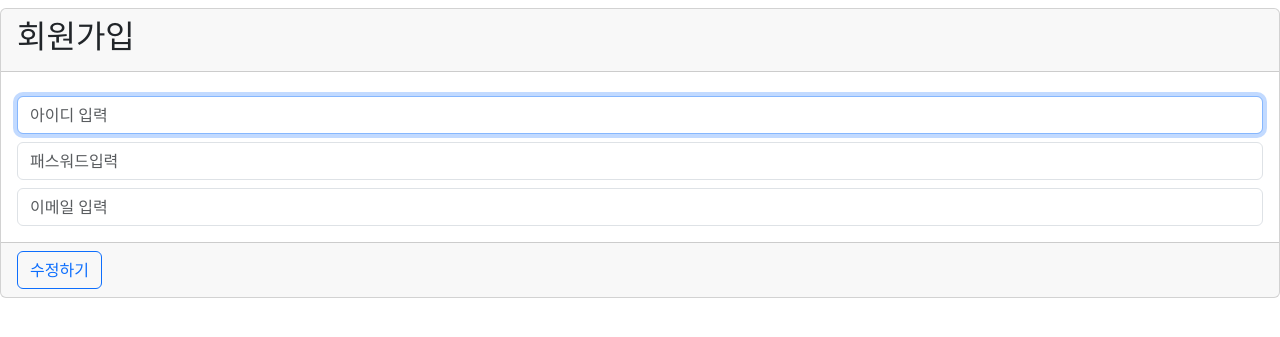
Repository: ldj0905/javaproject
Page: http://localhost/lab05_jsp/user/signup
An editor plug-in stored every save of this project. The page is shown before and after the next save, followed by the edit.
The browser window is 1280 px wide. The pictures show the whole page.
The page is served by Tomcat 10.

Above is the page before, as saved 2024-05-30 10:01:26.

After the next save:
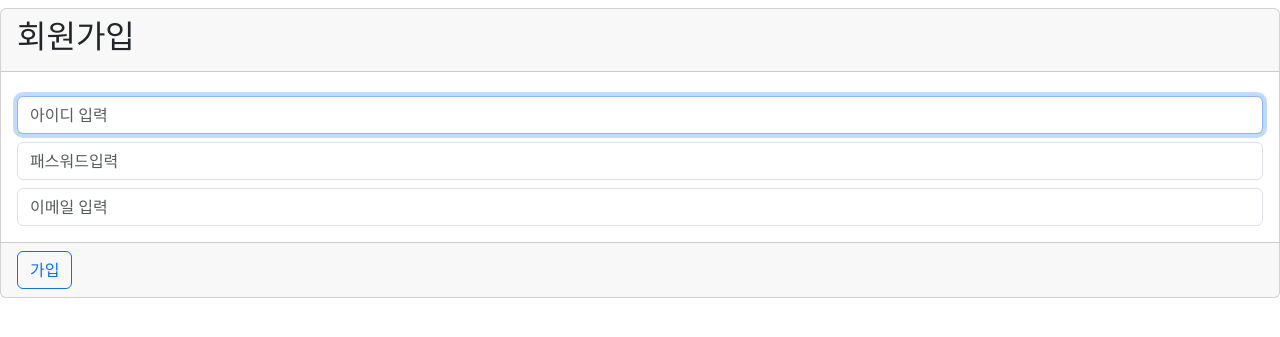
Saved 28 s later.
--- a/lab05_jsp/src/main/webapp/WEB-INF/views/user/signup.jsp
+++ b/lab05_jsp/src/main/webapp/WEB-INF/views/user/signup.jsp
@@ -42,10 +42,10 @@
                 </form>
             </div>
                  <div class ="card-footer">
-                    <c:url var="postModifyPage" value="/post/modify">
+                    <c:url var="signup" value="/post/modify">
                         <c:param name="id" value="${post.id }"/>
                     </c:url>
-                    <a class = "btn btn-outline-primary" href="${postModifyPage}" >수정하기</a>
+                    <a class = "btn btn-outline-primary" href="${signup}" >가입</a>
                 </div>
         </div>
     </main>
